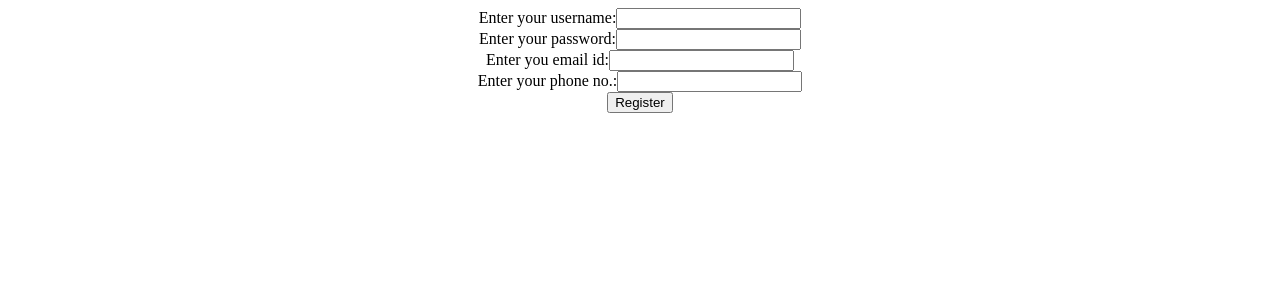
Repository: Roshni260/Integrate_Client_and_Server
Page: Loginandreg/src/main/webapp/index.html
An editor plug-in stored every save of this project. The page is shown before and after the next save, followed by the edit.
The browser window is 1280 px wide. The pictures show the whole page.

Above is the page before, as saved 2023-06-21 06:42:30.

### Loginandreg/src/main/webapp/index.html
<!DOCTYPE html>
<html>
<head>
<meta charset="ISO-8859-1">
<title>Register here</title>
</head>
<body>
<div align="center">
<form action="reg.jsp" method="post">
<label>Enter your username:</label><input type="text" name="uname"><br>
<label>Enter your password:</label><input type="password" name="pwd"><br>
<label>Enter you email id:</label><input type="email" name="mail"><br>
<label>Enter your phone no.:</label><input type="tel" name="mobile"><br>
<input type="submit" value="Register">
</form></div>
</body>
</html>

After the next save:
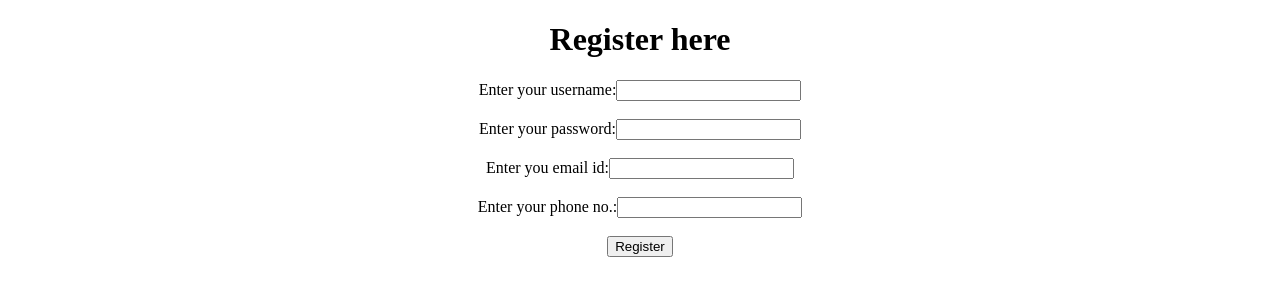
Saved 76 s later.
--- a/Loginandreg/src/main/webapp/index.html
+++ b/Loginandreg/src/main/webapp/index.html
@@ -7,10 +7,11 @@
 <body>
 <div align="center">
 <form action="reg.jsp" method="post">
-<label>Enter your username:</label><input type="text" name="uname"><br>
-<label>Enter your password:</label><input type="password" name="pwd"><br>
-<label>Enter you email id:</label><input type="email" name="mail"><br>
-<label>Enter your phone no.:</label><input type="tel" name="mobile"><br>
+<h1>Register here</h1>
+<label>Enter your username:</label><input type="text" name="uname"><br><br>
+<label>Enter your password:</label><input type="password" name="pwd"><br><br>
+<label>Enter you email id:</label><input type="email" name="mail"><br><br>
+<label>Enter your phone no.:</label><input type="tel" name="mobile"><br><br>
 <input type="submit" value="Register">
 </form></div>
 </body>
